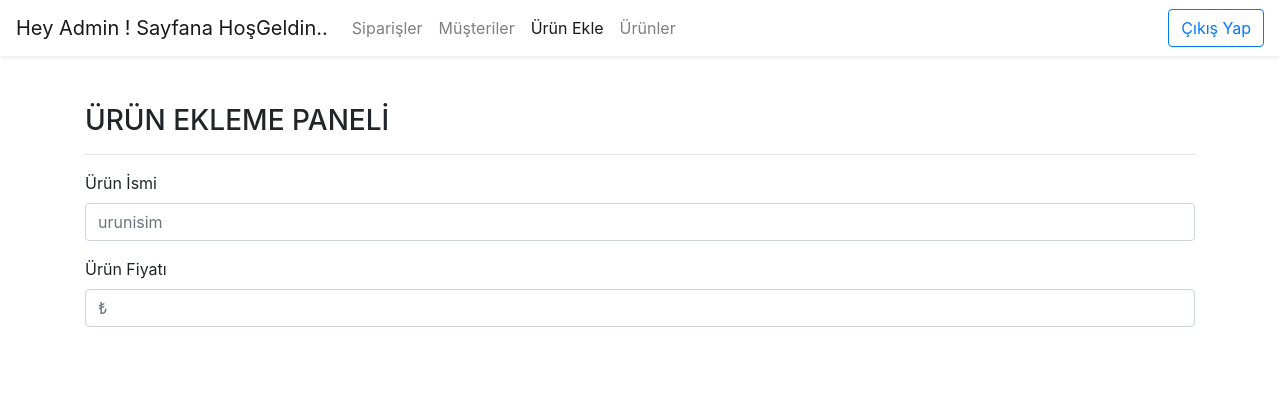
Repository: NergisAktug/E-Commerce-PythonWithFlask-Sqlite3
Page: http://localhost/urunEkle
An editor plug-in stored every save of this project. The page is shown before and after the next save, followed by the edit.
The browser window is 1280 px wide. The pictures show the whole page.
Some web libraries are served in a nearby version. The page is served by the project's application, run on Flask 3 (app.py).

Above is the page before, as saved 2018-12-08 15:33:04.

### templates/urunEkle.html
<!doctype html>
<html lang="en">
  <head>
      <!-- Required meta tags -->
    <meta charset="utf-8">
    <meta name="viewport" content="width=device-width, initial-scale=1, shrink-to-fit=no">
    <link rel="stylesheet" href="https://use.fontawesome.com/releases/v5.5.0/css/all.css" integrity="sha384-B4dIYHKNBt8Bc12p+WXckhzcICo0wtJAoU8YZTY5qE0Id1GSseTk6S+L3BlXeVIU" crossorigin="anonymous">
    <!-- Bootstrap CSS -->
    <link rel="stylesheet" href="https://stackpath.bootstrapcdn.com/bootstrap/4.1.3/css/bootstrap.min.css" integrity="sha384-MCw98/SFnGE8fJT3GXwEOngsV7Zt27NXFoaoApmYm81iuXoPkFOJwJ8ERdknLPMO" crossorigin="anonymous">

    <title>Hello, world!</title>
  </head>
  <body>
    <nav class="navbar navbar-expand-lg navbar-light shadow-sm" >
        <a href="/" class="navbar-brand">Hey Admin ! Sayfana HoşGeldin..</a>
        <button class="navbar-toggler" type="button" data-toggle="collapse" data-target="#navbarMenü">
            <span class="navbar-toggler-icon"></span>
        </button>
        <div class="collapse navbar-collapse" id="navbarMenü">
            <ul class="navbar-nav mr-auto">
                <li class="nav-item">
                    <a href="#" class="nav-link" >Siparişler</a>
                 </li>
                 <li class="nav-item">
                        <a href="#" class="nav-link">Müşteriler</a>
                     </li>
                     <li class="nav-item">
                        <a href="#" class="nav-link active">Ürün Ekle</a>
                     </li>
                     <li class="nav-item">
                        <a href="#" class="nav-link">Ürünler</a>
                     </li>
                </ul>
                <ul class="navbar-nav">
                    <li class="nav-item">
                    <a href="/cikis" class="btn btn-outline-primary">Çıkış Yap</a>
                    </li>
                </ul>

        </div>

    </nav>
    <div class="container my-5" style="margin-top:100px;">
        <h3>ÜRÜN EKLEME PANELİ</h3>
        <HR>
        <form>
            <div class="form-group">
              <label for="formGroupExampleInput">Ürün İsmi</label>
              <input type="text" class="form-control" id="formGroupExampleInput" placeholder="urunisim">
            </div>
            <div class="form-group">
              <label for="formGroupExampleInput2">Ürün Fiyatı</label>
              <input type="number" class="form-control" id="formGroupExampleInput2" placeholder="₺">
            </div>
          </form>
  </div>



    <!-- Optional JavaScript -->
    <!-- jQuery first, then Popper.js, then Bootstrap JS -->
    <script src="https://unpkg.com/aos@2.3.1/dist/aos.js"></script>
    <script src="https://code.jquery.com/jquery-3.3.1.slim.min.js" integrity="sha384-q8i/X+965DzO0rT7abK41JStQIAqVgRVzpbzo5smXKp4YfRvH+8abtTE1Pi6jizo" crossorigin="anonymous"></script>
    <script src="https://cdnjs.cloudflare.com/ajax/libs/popper.js/1.14.3/umd/popper.min.js" integrity="sha384-ZMP7rVo3mIykV+2+9J3UJ46jBk0WLaUAdn689aCwoqbBJiSnjAK/l8WvCWPIPm49" crossorigin="anonymous"></script>
    <script src="https://stackpath.bootstrapcdn.com/bootstrap/4.1.3/js/bootstrap.min.js" integrity="sha384-ChfqqxuZUCnJSK3+MXmPNIyE6ZbWh2IMqE241rYiqJxyMiZ6OW/JmZQ5stwEULTy" crossorigin="anonymous"></script>
    <script>
        AOS.init();
      </script>
  </body>
</html>

### app.py
import datetime
from flask import Flask,flash, request, render_template_string, render_template
from flask import Flask, url_for, render_template, request, redirect, session, escape, render_template_string
from flask_babelex import Babel
from flask_sqlalchemy import SQLAlchemy
from flask_user import current_user, login_required, roles_required
from sqlalchemy.sql import table, column, select
from sqlalchemy import MetaData, create_engine
from flask_user import login_required, roles_required, UserManager, UserMixin


class ConfigClass(object):

    SECRET_KEY = 'This is an INSECURE secret!! DO NOT use this in production!!'

    SQLALCHEMY_DATABASE_URI = 'sqlite:///eticaret.sqlite'
    SQLALCHEMY_TRACK_MODIFICATIONS = False

    MAIL_SERVER = 'smtp.gmail.com'
    MAIL_PORT = 465
    MAIL_USE_SSL = True
    MAIL_USE_TLS = False
    MAIL_USERNAME = 'nergis.aktug2014@gmail.com'
    MAIL_PASSWORD = '05383896877'
    MAIL_DEFAULT_SENDER = '"MyApp" <xyz@gmail.com>'

    USER_ENABLE_EMAIL = True
    USER_ENABLE_USERNAME = False
    USER_EMAIL_SENDER_EMAIL = "noreply@example.com"


def create_app():



    app = Flask(__name__)
    app.config.from_object(__name__ + '.ConfigClass')

    db = SQLAlchemy(app)

    class Kullanici(db.Model):
        __tablename__ = 'Kullanici'
        id = db.Column(db.Integer, primary_key=True)
        email = db.Column(db.String(80), unique=True)
        sifre = db.Column(db.String(80))
        rolId = db.Column(db.Integer, db.ForeignKey('rol.rolId', ondelete='CASCADE'))
        active = db.Column('is_active', db.Boolean(), nullable=False, server_default='1')


        def __init__(self, email, sifre):
            self.email = email
            self.sifre = sifre
            self.rolId = 0

    class Roller(db.Model):
        __tablename__ = 'rol'
        rolId = db.Column(db.Integer, primary_key=True)
        rolisim = db.Column(db.String(80))

    class urunler(db.Model):
        __tablename__ = 'urunler'
        urun_id = db.Column(db.Integer, primary_key=True)
        kategori_id = db.Column(db.Integer(), db.ForeignKey('kategori.kategoriId', ondelete='CASCADE'))
        urunresmi = db.Column(db.String(80))
        urunFiyati = db.Column(db.Integer)
        markaId = db.Column(db.Integer(), db.ForeignKey('markalar.markaId', ondelete='CASCADE'))

        def __init__(self, kategori_id, urun_ozellikleri, urun_fiyati):
            self.kategori_id = kategori_id
            self.urun_ozellikleri = urun_ozellikleri
            self.urun_fiyati = urun_fiyati

    class kategori(db.Model):
        __tablename__ = 'kategori'
        kategoriId = db.Column(db.Integer, primary_key=True)
        kategori_adi = db.Column(db.String(80))

        def __init__(self, kategori_adi):
            self.kategori_adi = kategori_adi

    class markalar(db.Model):
        __tablename__ = 'markalar'
        markaId = db.Column(db.Integer, primary_key=True)
        markaadi = db.Column(db.String(80))
        marka_modeli = db.Column(db.String(80))

        def __init__(self, markaadi, marka_modeli):
            self.markaadi = markaadi
            self.marka_modeli = marka_modeli

    class musteri(db.Model):
        __tablename__ = 'musteri'
        musteriId = db.Column(db.Integer, primary_key=True)
        musteriadi = db.Column(db.String(80))
        musterisoyadi = db.Column(db.String(80))
        mail = db.Column(db.String(80), unique=True)
        telefon = db.Column(db.Integer)
        sifre = db.Column(db.String(80))
        il = db.Column(db.String(80))
        ilce = db.Column(db.String(80))
        kullaniciId = db.Column(db.Integer(), db.ForeignKey('Kullanici.id', ondelete='CASCADE'))

        def __init__(self, musteriadi, musterisoyadi, mail, telefon, sifre, il, ilce, kullaniciId):
            self.musteriadi = musteriadi
            self.musterisoyadi = musterisoyadi
            self.mail = mail
            self.telefon = telefon
            self.sifre = sifre
            self.il = il
            self.ilce = ilce
            self.kullaniciId = kullaniciId

    class siparis(db.Model):
        __tablename__ = 'siparis'
        siparisId = db.Column(db.Integer, primary_key=True)
        musteriId = db.Column(db.Integer(), db.ForeignKey('musteri.musteriId', ondelete='CASCADE'))
        urunId = db.Column(db.Integer(), db.ForeignKey('urunler.urun_id', ondelete='CASCADE'))
        siparisno = db.Column(db.Integer)
        siparisTarihi = db.Column(db.Integer)
        odemeId = db.Column(db.Integer())

        def __init__(self, musteriId, urunId, siparisno, siparisTarihi, odemeId):
            self.musteriId = musteriId
            self.urunId = urunId
            self.siparisno = siparisno
            self.siparisTarihi = siparisTarihi
            self.odemeId = odemeId

    user_manager = UserManager(app, db, Kullanici)
    db.create_all()




    @app.route('/')
    def anasayfa():
        return render_template('index.html')

    @app.route('/kayit', methods=['GET', 'POST'])
    def kayit():
        if request.method == 'POST':
            mail = request.form['email']
            parola = request.form['sifre']
            yeniKullanici = Kullanici(email=mail, sifre=parola)
            db.session.add(yeniKullanici)
            db.session.commit()
            if yeniKullanici is not None:
                mesaj = "Kayıt Başarıyla Sağlanmıştır."
                return render_template("index.html", mesaj=mesaj)
        else:
            return render_template('kayit.html')
    @app.route('/admin')
    def admin():
        return render_template("admin.html")

    @app.route('/uye', methods=['GET', 'POST'])
    def uye():
        return render_template("uyeGirisi.html")

    @app.route('/giris', methods=['GET', 'POST'])
    def giris():
        hata=None
        if request.method=='POST':
            if request.form['email']!='admin@example.com' or request.form['sifre']!='admin':
                if Kullanici.query.filter_by(email=request.form['email'],sifre=request.form['sifre']) is not None:
                    session['uye_giris']=True
                    return redirect(url_for('anasayfa'))
                else:
                    hata='hatalı giris yaptınız'

            else:
                flash('giriş başarılı')
                session['admin_giris']=True
                return redirect(url_for('admin'))
        return render_template('uyeGiris.html',hata=hata)
    @app.route('/cikis')
    def cikis():

        session.pop('admin_giris',None)
        session.pop('uye_giris',None)
        return render_template("index.html")
    @app.route('/urunEkle')
    def yonlendir():
        return render_template("urunEkle.html")
    return app
if __name__ == '__main__':
    app=create_app()


    app.run(host='127.0.0.1', port=5000, debug=True)

After the next save:
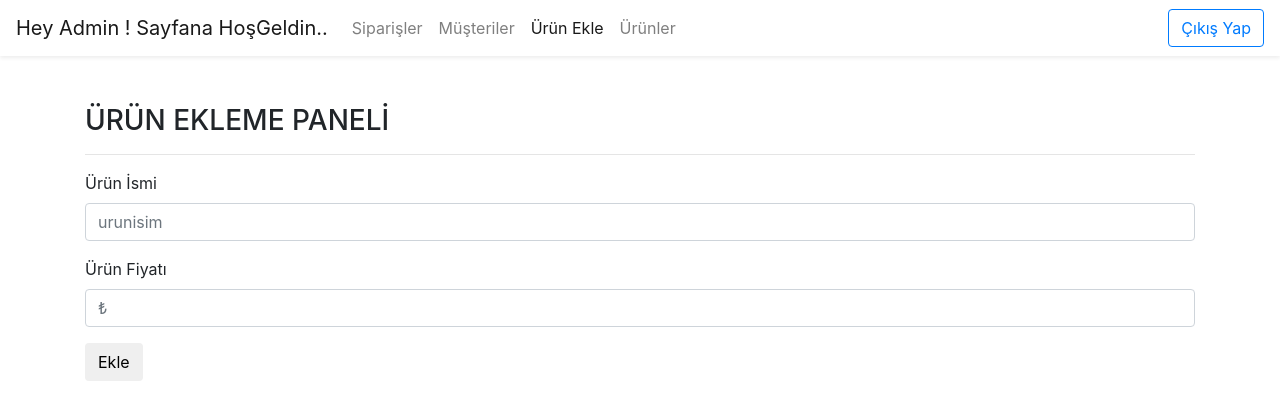
Saved 102 s later.
--- a/templates/urunEkle.html
+++ b/templates/urunEkle.html
@@ -52,6 +52,7 @@
               <label for="formGroupExampleInput2">Ürün Fiyatı</label>
               <input type="number" class="form-control" id="formGroupExampleInput2" placeholder="₺">
             </div>
+            <button type="submit" class="btn btn_danger">Ekle</button>
           </form>
   </div>
 
